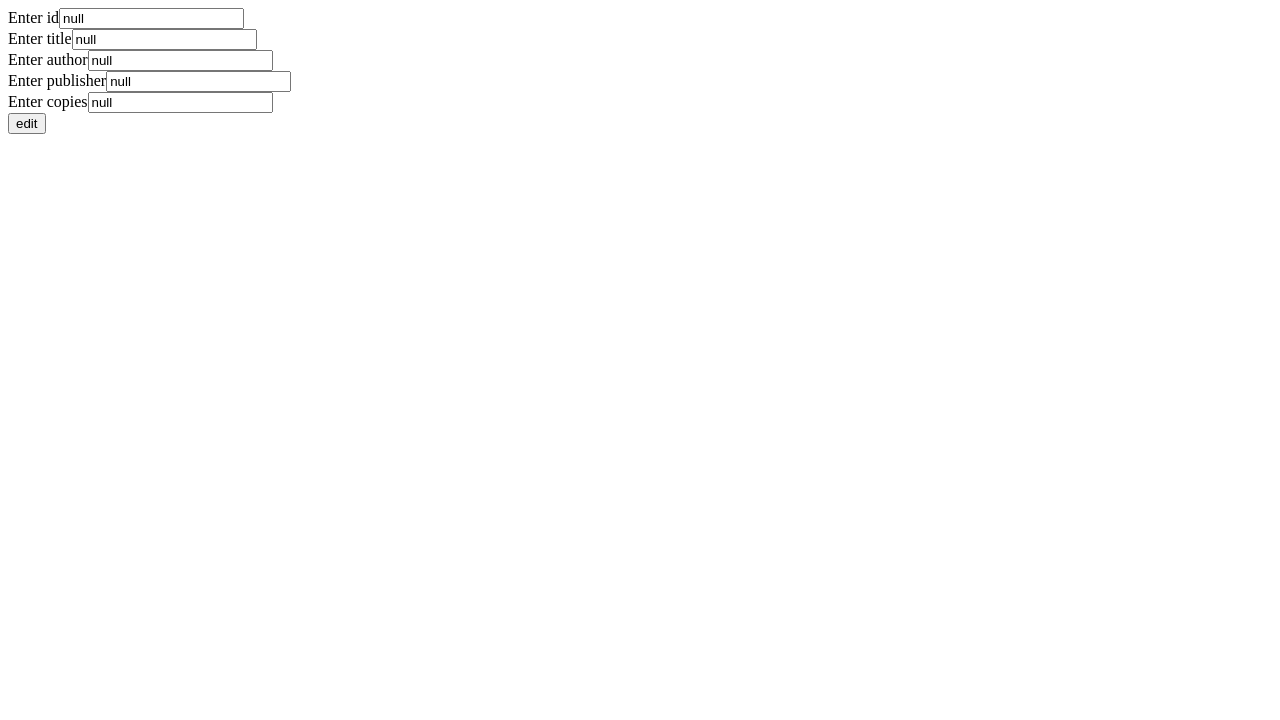
Repository: prashantvadlamani/Library-Management-System
Page: http://localhost/project/edit.jsp
The author's editor kept a copy of each file at every save. The page is drawn from the files as they stood at one save, then again after the next save.
The browser window is 1280 px wide. The pictures show the whole page.
The page is served by Tomcat 9. Other server files are loaded and not shown.

Above is the page before, as saved 2018-08-22 06:52:59.

### project/WebContent/edit.jsp
<%@ page language="java" contentType="text/html; charset=ISO-8859-1"
    pageEncoding="ISO-8859-1"%>
<!DOCTYPE html PUBLIC "-//W3C//DTD HTML 4.01 Transitional//EN" "http://www.w3.org/TR/html4/loose.dtd">
<html>
<head>
<meta http-equiv="Content-Type" content="text/html; charset=ISO-8859-1">
<title>Insert title here</title>
</head>
<body>
	<form  method="POST" action="edit">
		Enter id<input type="text" name="bid" readonly value="<%=request.getParameter("id")%>" ><br>
		Enter title<input type="text" name="title" value="<%=session.getAttribute("title")%>"><br>
		Enter author<input type="text" name="author" value="<%=session.getAttribute("author")%>"><br>
		Enter publisher<input type="text" name="publisher" value="<%=session.getAttribute("publisher")%>"><br>
		Enter copies<input type="text" name="copies" value="<%=session.getAttribute("copies")%>"><br>
		<input type="submit" value="edit" >
	</form>
</body>
</html>

After the next save:
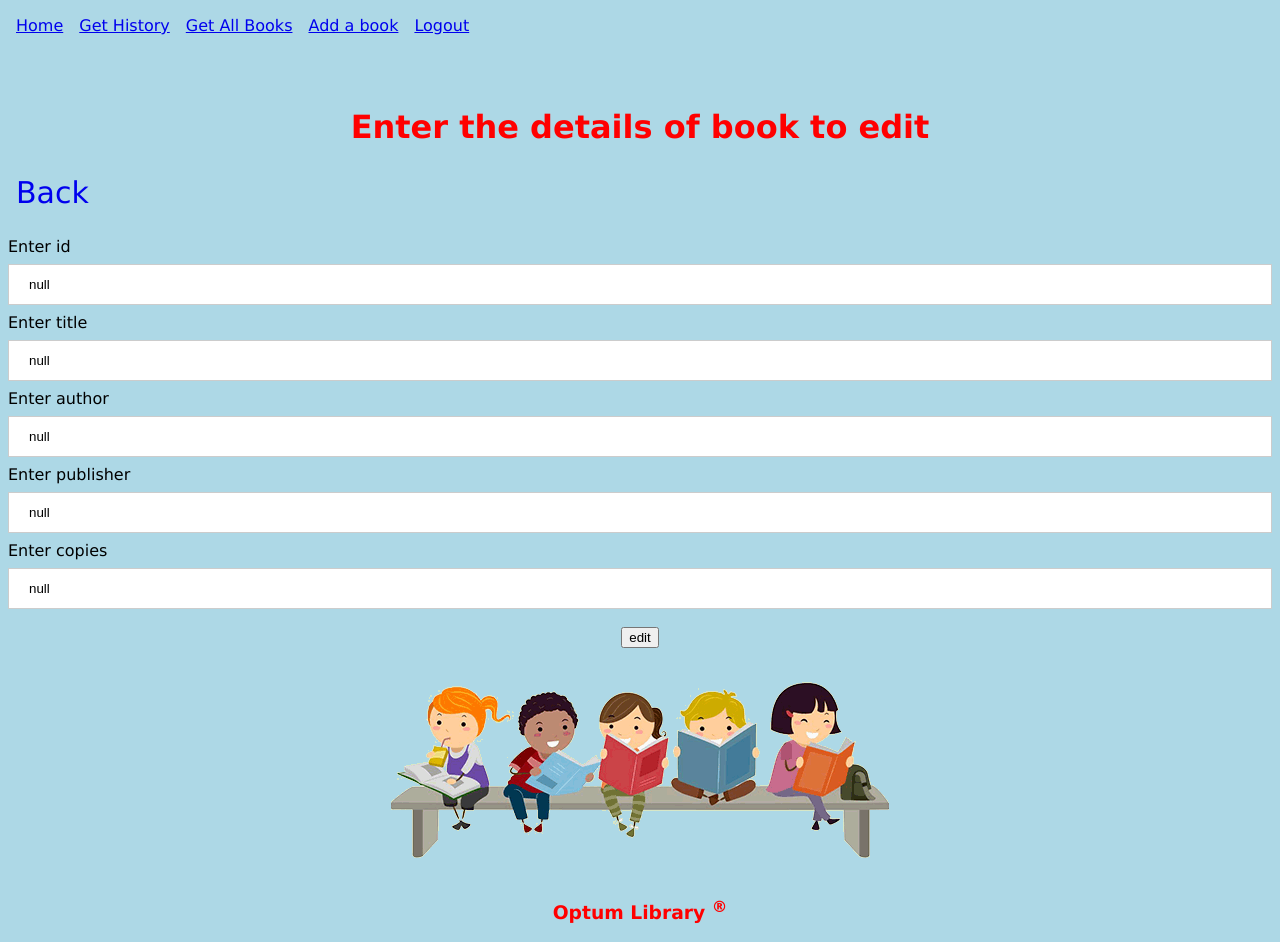
Saved 17 s later.
--- a/project/WebContent/edit.jsp
+++ b/project/WebContent/edit.jsp
@@ -4,16 +4,102 @@
 <html>
 <head>
 <meta http-equiv="Content-Type" content="text/html; charset=ISO-8859-1">
-<title>Insert title here</title>
+<title>Edit Book</title>
+<style>
+	a:HOVER{
+		color:olive;
+	}
+	form {
+   	 	border: 3px;
+   	 	margin-top: 1.5%;
+	}
+
+	input[type=text]{
+    	width: 100%;
+    	padding: 12px 20px;
+    	margin: 8px 0;
+    	display: inline-block;
+    	border: 1px solid #ccc;
+   		box-sizing: border-box;
+	}
+
+	body{
+		font-family: Verdana;
+		background-color: lightblue;
+	}
+	h1{
+	color:red;
+	text-align: center;
+	}
+
+	table{
+		height: 40px;
+		width: 40px;
+	}
+	footer{
+		margin-bottom: 0px;
+		position: relative;
+    left: 0;
+    bottom: 0;
+    width: 100%;
+    color: white;
+    text-align: center;
+	}
+	h3{
+		color: red;
+		text-align: center;
+	}
+	div ul {
+    list-style-type: none;
+    margin: 0;
+    padding: 0;
+    margin-bottom: 50px;
+    width: 100%;
+    height : 50px;
+    text-align: center;
+}
+	li {
+    float:left;
+    text-align: center;
+}
+	h1{
+		clear: both;
+	}
+a {
+    display: block;
+    padding: 8px;
+
+}
+</style>
 </head>
 <body>
+ <div>
+	<ul>
+  <li><a href="librarian.jsp">Home</a></li>
+  <li><a href="libhistory">Get History</a></li>
+  <li><a href="librarianServlet">Get All Books</a></li>
+  <li><a href="add">Add a book</a></li>
+  <li><a href="logout">Logout</a></li>
+</ul>
+</div>
+<header>
+	  <h1>Enter the details of book to edit</h1>
+  </header>
+<div style="text-align:left" ><a href="librarian.jsp" style="font-size: 30px;text-decoration: none;">Back</a></div>
+
 	<form  method="POST" action="edit">
-		Enter id<input type="text" name="bid" readonly value="<%=request.getParameter("id")%>" ><br>
+		Enter id<input type="text" name="bid" readonly value="<%=session.getAttribute("id")%>" ><br>
 		Enter title<input type="text" name="title" value="<%=session.getAttribute("title")%>"><br>
 		Enter author<input type="text" name="author" value="<%=session.getAttribute("author")%>"><br>
 		Enter publisher<input type="text" name="publisher" value="<%=session.getAttribute("publisher")%>"><br>
 		Enter copies<input type="text" name="copies" value="<%=session.getAttribute("copies")%>"><br>
-		<input type="submit" value="edit" >
+		<table align="center">
+		<tr><td ><input type="submit" value="edit" ></td></tr>
+		</table>
 	</form>
+	<footer>
+		<img src="images/footer_kids3.jpg"></img>
+		<h3>Optum Library <sup>&reg;</sup></h3>
+	</footer>
 </body>
 </html>
